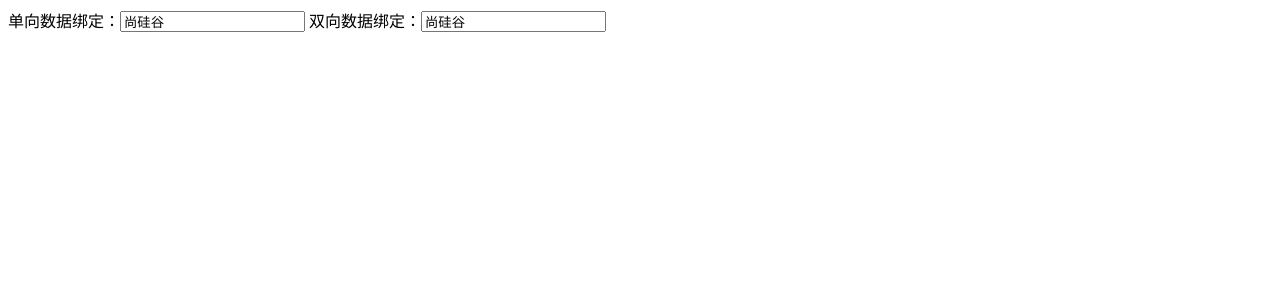
Repository: Lconfident/Learning_Process
Page: Vue/vue_basic/03_数据绑定/数据绑定.html
An editor plug-in stored every save of this project. The page is shown before and after the next save, followed by the edit.
The browser window is 1280 px wide. The pictures show the whole page.

Above is the page before, as saved 2023-07-16 09:38:07.

After the next save:
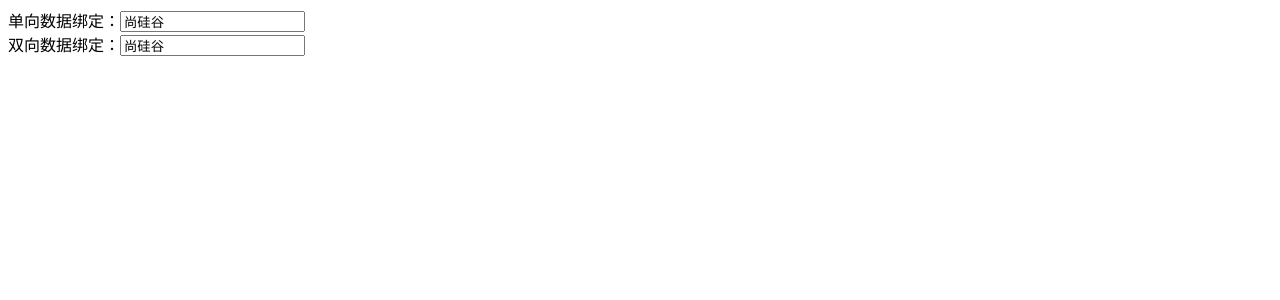
Saved 10 s later.
--- a/Vue/vue_basic/03_数据绑定/数据绑定.html
+++ b/Vue/vue_basic/03_数据绑定/数据绑定.html
@@ -10,7 +10,7 @@
 <body>
     <!-- 准备好一个容器 -->
     <div id="root">
-        单向数据绑定：<input type="text" v-bind:value="name">
+        单向数据绑定：<input type="text" v-bind:value="name"><br>
         双向数据绑定：<input type="text" v-model:value="name">
     </div>
 
